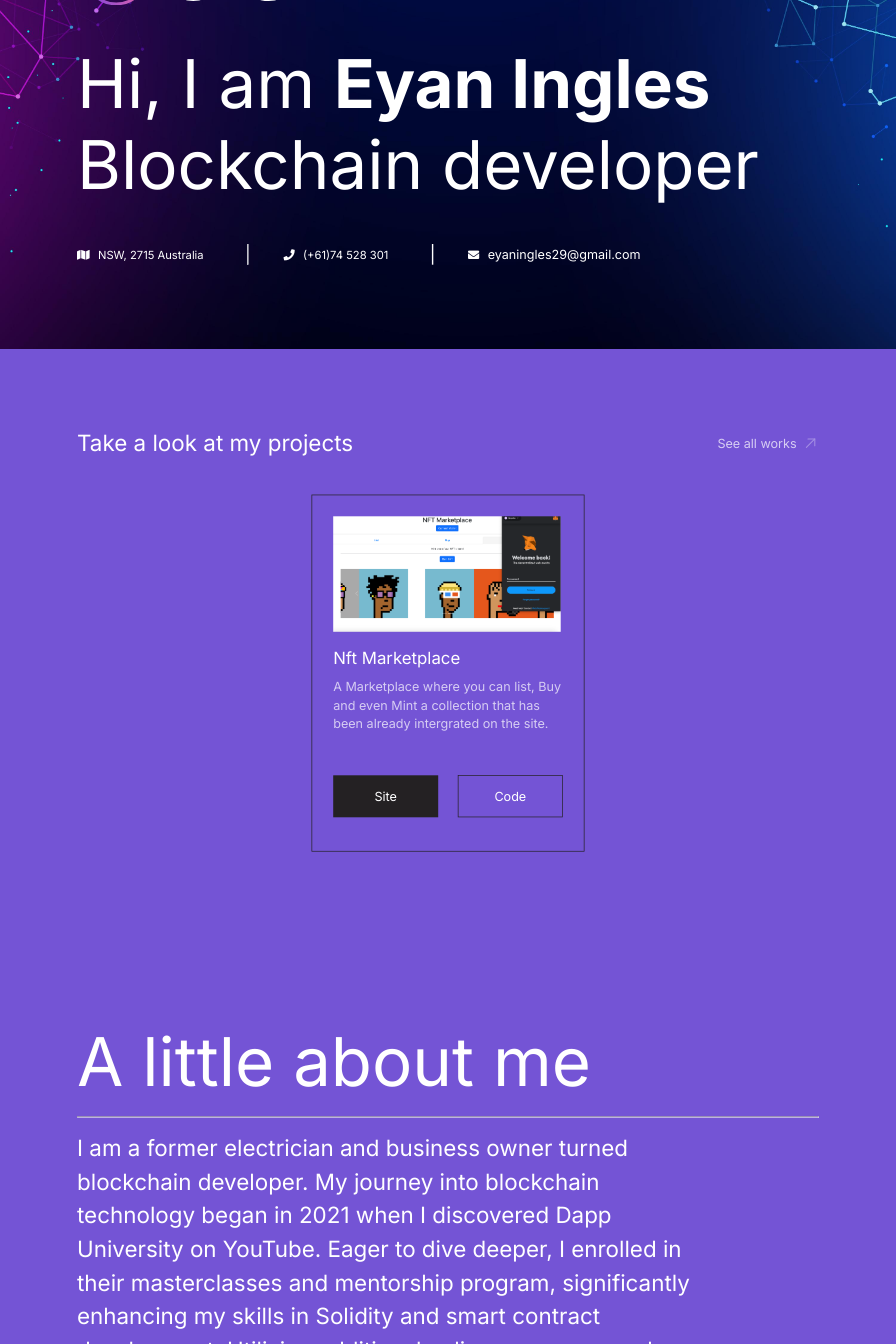
Repository: EyanIngles/Resume
Page: index.html
An editor plug-in stored every save of this project. The page is shown before and after the next save, followed by the edit.
The browser window is 1280 px wide. The pictures show the part of the page from y = 352 to 2272 px (the page is 4848 px tall), at 70% of full size.

Above is the page before, as saved 2024-05-31 11:50:52.

After the next save:
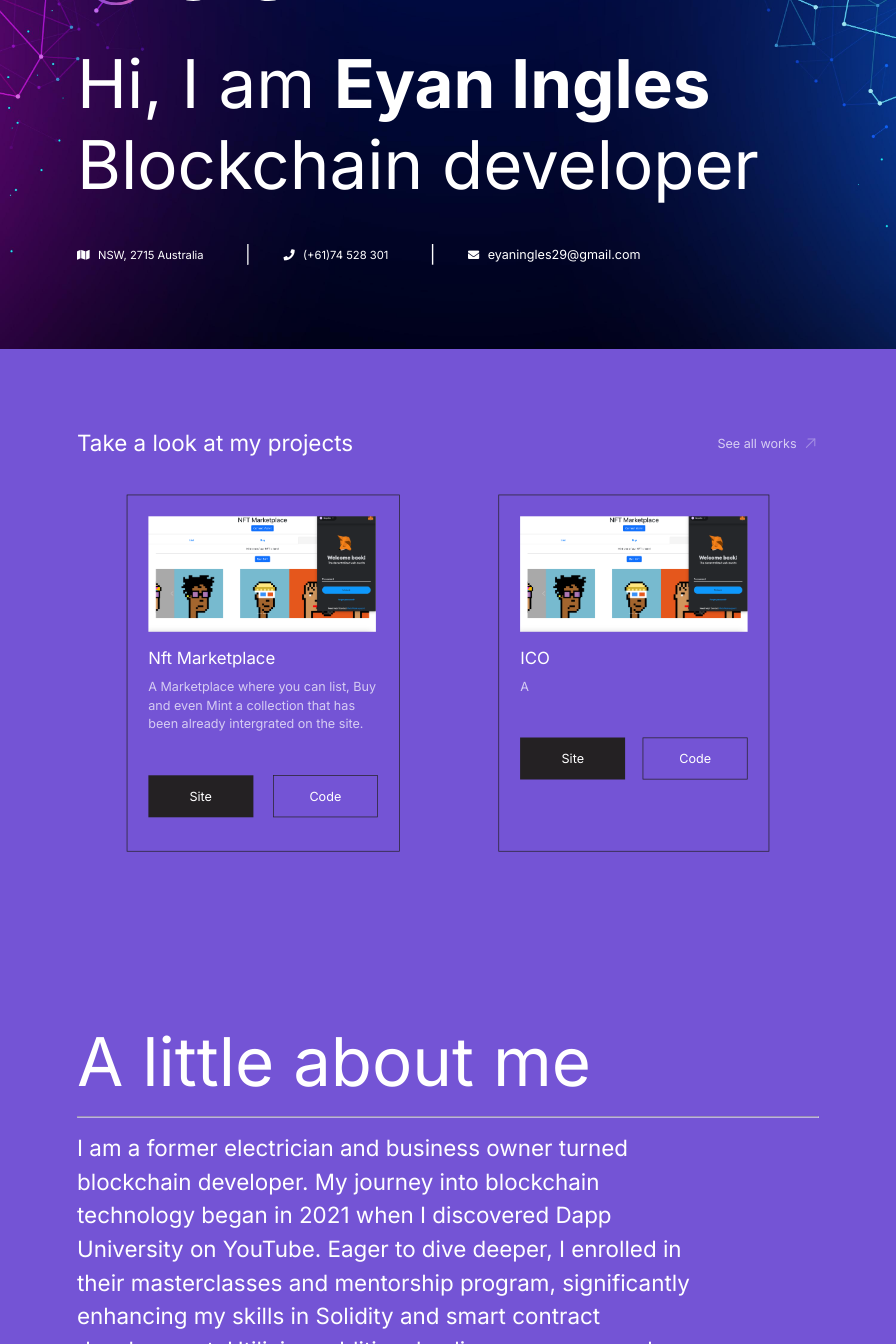
Saved 85 s later.
--- a/index.html
+++ b/index.html
@@ -83,6 +83,17 @@
                         <a href="https://github.com/EyanIngles/marketplace-app" class="card-button--code">Code</a>
                     </div>
                 </div>
+
+                <div class="card">
+                    <img src="./img/projects/project1.png" alt="Nft Marketplace">
+                    <h3 class="card-title">ICO</h3>
+                    <p class="card-description">A </p>
+                    <div class="card-buttons">
+                        <a href="https://marketplacedraft.eth.limo" class="card-button--site">Site</a>
+                        <a href="https://github.com/EyanIngles/marketplace-app" class="card-button--code">Code</a>
+                    </div>
+                </div>
+
             </div>
         </section>
 
